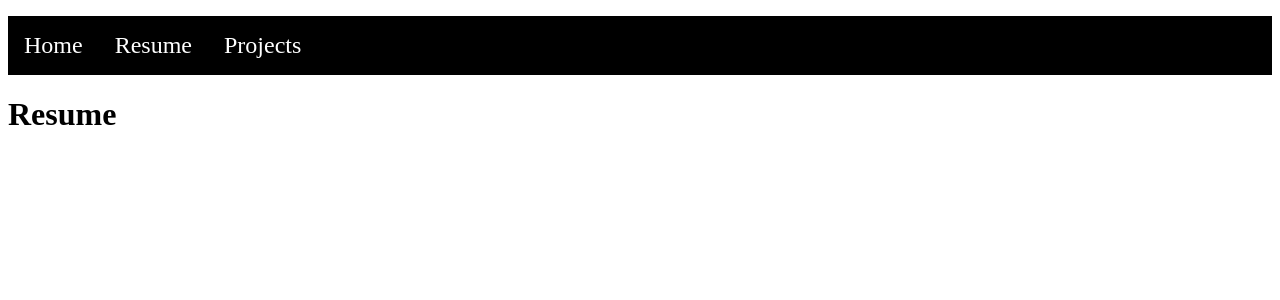
Repository: ChristianCain/ChristianCain.github.io
Page: resume.html
The author's editor kept a record of every edit. The page is drawn from the files as they stood at one moment, then again after the next edit.
The browser window is 1280 px wide. The pictures show the whole page.

Above is the page before.

After the next edit:
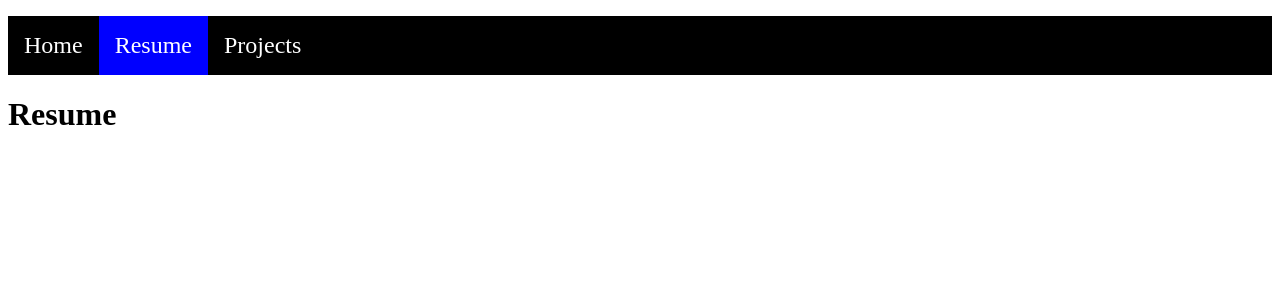
The edit:
--- a/resume.html
+++ b/resume.html
@@ -1,54 +1,10 @@
 <!DOCTYPE html>
 <html>
     <head>
-        <title>Home</title>
-        <style>
-          .navbar{
-            list-style: none;
-            background-color: black;
-            overflow: hidden;
-            padding: 0;
-            }
 
+        <title>Resume</title>
 
-            .navbar a, .dropdown div{
-                text-decoration: none;
-                color: white;
-                font-size: 24px;
-                padding: 16px;
-                display: inline-block;
-
-            }
-            .navbar li{
-                float: left;
-            }
-
-            .navbar li:hover{
-                background-color:pink;
-            }
-
-            .dropdown-content{
-                list-style: none;
-                padding: 0;
-                display: none;
-                position: absolute;
-                z-index: 1;
-                background-color: black;
-
-            }
-
-            .dropdown-content li{
-                float: none;
-            }
-
-            .dropdown:hover .dropdown-content{
-                display: block;
-            }
-
-
-        </style>
-
-
+        <link rel="stylesheet" type="text/css" href="style.css">
 
     </head>
     <body>
